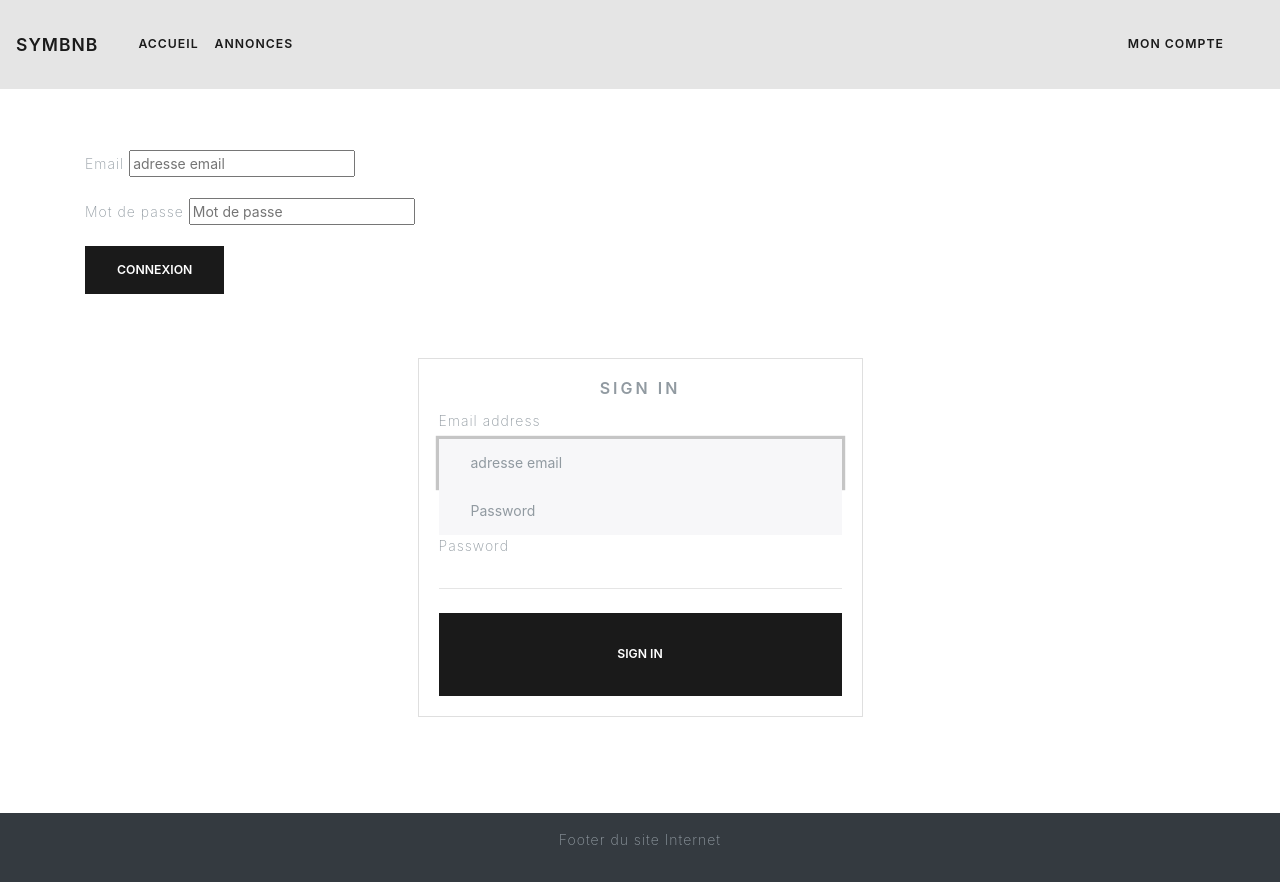
Repository: buzzEclair/symbnb
Page: templates/account/login.html.twig
These files come from the project's save history. The page is drawn as it stood at one moment and after the next save; the edit follows.
The browser window is 1280 px wide. The pictures show the whole page.
Some web fonts or font styles are not loaded; a fallback is used. The page is a Twig template of a Symfony application; nobody is signed in and links lead nowhere. The template is opened directly, without the code that normally fills it, so the values that code supplies are empty.

Above is the page before, as saved 2019-03-03 17:04:42.

### templates/account/login.html.twig
{% extends 'base.html.twig' %}

{% block title %}Login!{% endblock %}

{% block body %}
<div class="container">
    <form action="">
        <div class="form-group">
            <label for="email">Email</label>
            <input type="text" name="_username" id="email" placeholder="adresse email">
        </div>
        <div class="form-group">
            <label for="password">Mot de passe</label>
            <input type="password" name="_password" id="password" placeholder="Mot de passe">
        </div>
        <div class="form-group">
            <button type="submit" class="btn btn-primary">Connexion</button>
        </div>
    </form>
    <div class="row">
    <div class="col-sm-9 col-md-7 col-lg-5 mx-auto">
        <div class="card card-signin my-5">
        <div class="card-body">
            <h5 class="card-title text-center">Sign In</h5>
            <form class="form-signin">
            <div class="form-label-group">
                <label for="email">Email address</label>

                <input type="text" class="form-control" name="_username" id="email" placeholder="adresse email" autofocus>
            </div>

            <div class="form-label-group">
                <input type="password" id="inputPassword" class="form-control" placeholder="Password" required>
                <label for="inputPassword">Password</label>
            </div>

            <hr class="my-4">
            <button class="btn btn-lg btn-primary btn-block text-uppercase" type="submit">Sign in</button>


            </form>
        </div>
        </div>
    </div>
    </div>
</div>
{% endblock %}

### templates/base.html.twig
<!DOCTYPE html>
<html>
    <head>
        <meta charset="UTF-8">
        <title>{% block title %}Welcome!{% endblock %}</title>
        <link rel="stylesheet" href="/css/bootstrap.min.css">
        <link rel="stylesheet" href="/css/base.css">
        {% block stylesheets %}{% endblock %}
    </head>
    <body>

        {% include 'partials/header.html.twig' %}

        <style>
            .container{padding-top: 150px;}
        </style>
        {% block body %}{% endblock %}
        {% include 'partials/footer.html.twig' %}
        <script src="/js/jquery.min.js"></script>
        <script src="/js/popper.min.js"></script>
        <script src="/js/bootstrap.min.js"></script>
        {% block javascripts %}{% endblock %}
    </body>
</html>

### templates/partials/header.html.twig
<nav class="navbar navbar-expand-lg">
    <a class="navbar-brand" href="{{path('homepage')}}">Symbnb</a>
    <button class="navbar-toggler" type="button" data-toggle="collapse" data-target="#navbarColor01" aria-controls="navbarColor01" aria-expanded="false" aria-label="Toggle navigation">
        <span class="navbar-toggler-icon">Menu</span>
    </button>

    <div class="collapse navbar-collapse" id="navbarColor01">
        <ul class="navbar-nav mr-auto">
            <li class="">
                <a class="nav-link" href="{{path('homepage')}}">Accueil </a>
            </li>
            <li class="">
                <a class="nav-link" href="{{path('ads_index')}}">Annonces </a>
            </li>
        </ul>

        <ul class="navbar-nav ml-auto">
            <li class="nav-item">
                <a class="nav-link" href="{{path('homepage')}}">Mon compte</a>
            </li>
        </ul>
    </div>
</nav>

{% for label, messages in app.flashes %}
    <div class="container">
        <div class="alert alert-success">
            {% for message in messages %}
                <p>{{ message | raw }}</p>
            {% endfor %}
        </div>
    </div>
{% endfor %}

### templates/partials/footer.html.twig
<footer class="mt-5 bg-dark py-3 text-center">
    <p>Footer du site Internet</p>
</footer>

### public/css/base.css
.navbar{
    position: absolute;
    z-index: 10;
    width: 100%;
    background: rgba(0, 0, 0, 0.1);
}

Loaded but not shown: public/css/bootstrap.min.css (library); public/js/jquery.min.js (library); public/js/popper.min.js (library); public/js/bootstrap.min.js (library)

After the next save:
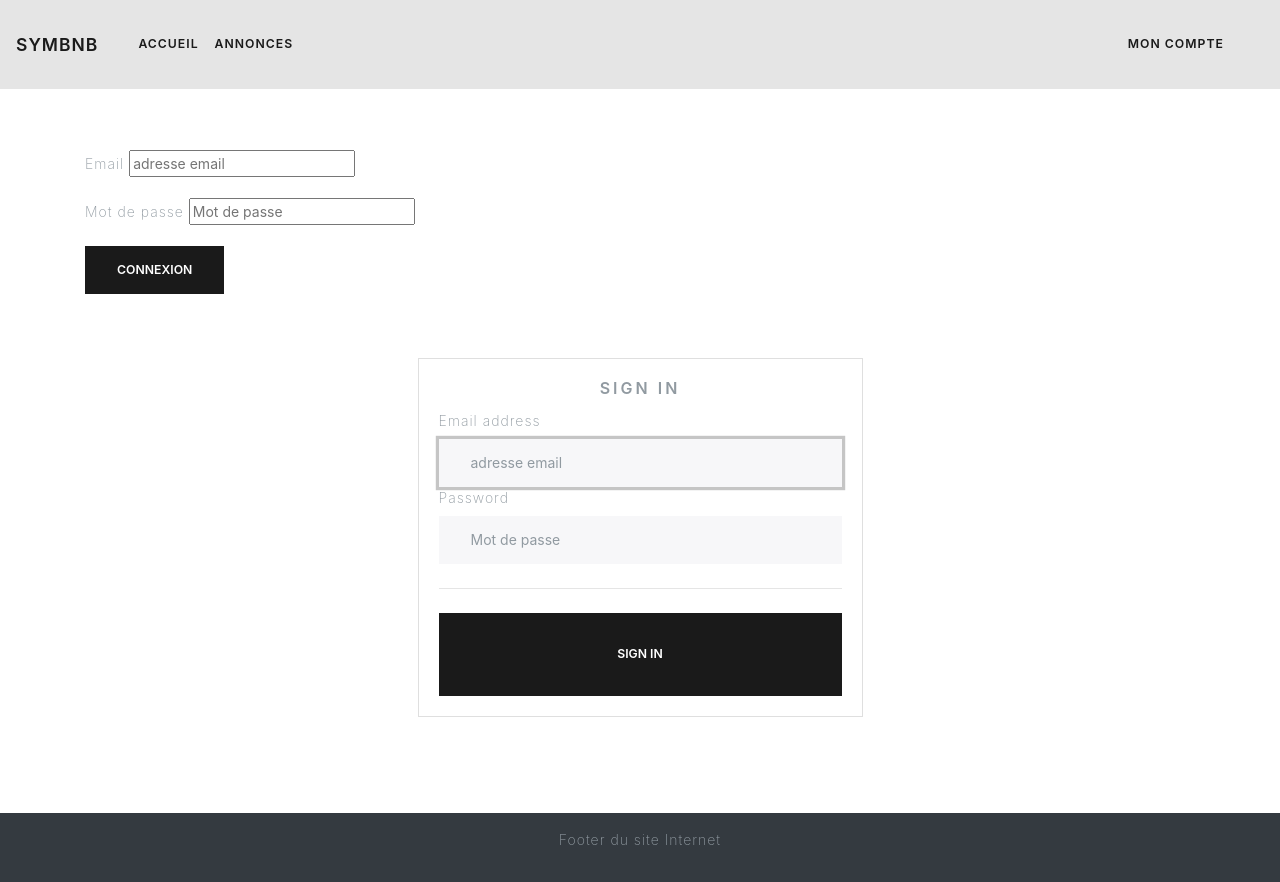
Saved 36 s later.
--- a/templates/account/login.html.twig
+++ b/templates/account/login.html.twig
@@ -30,8 +30,9 @@
             </div>
 
             <div class="form-label-group">
-                <input type="password" id="inputPassword" class="form-control" placeholder="Password" required>
-                <label for="inputPassword">Password</label>
+                <label for="password">Password</label>
+                <input type="password" name="_password" id="password" placeholder="Mot de passe" class="form-control" >
+
             </div>
 
             <hr class="my-4">
